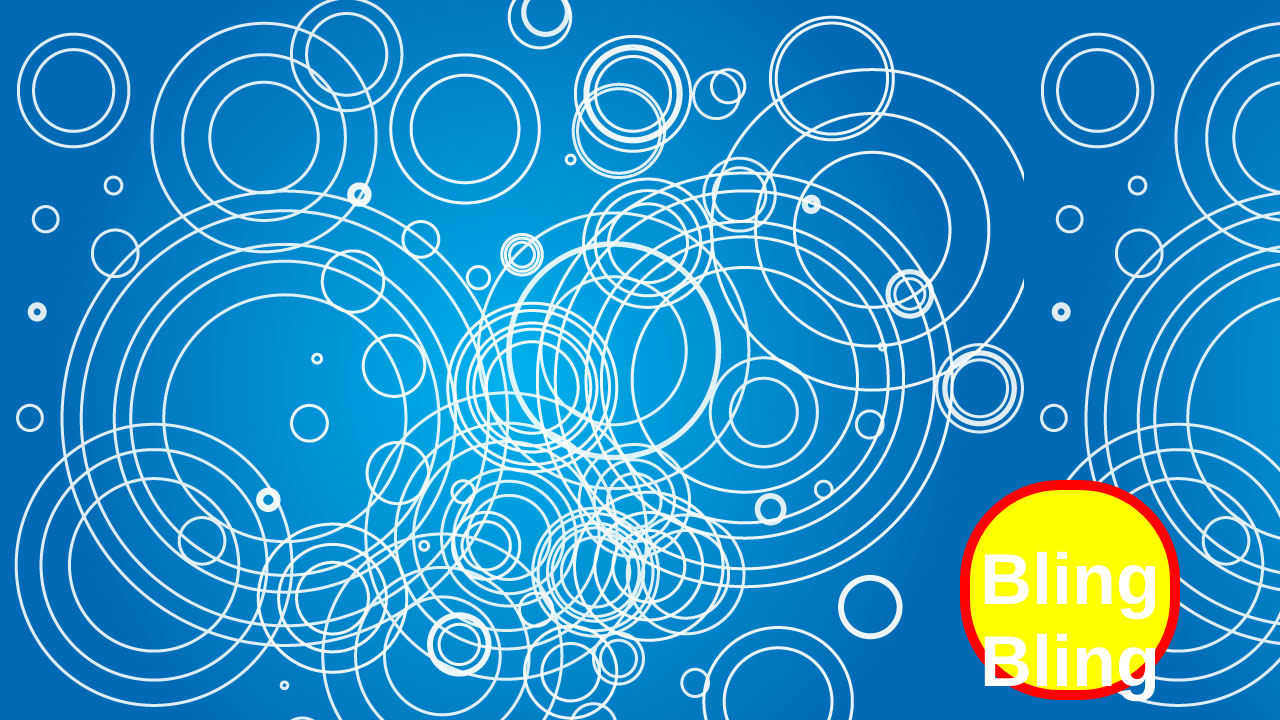
Repository: jangj879/jangj879.github.io
Page: 1_page.html
The author's editor kept a record of every edit. The page is drawn from the files as they stood at one moment, then again after the next edit.
The browser window is 1280 px wide. The pictures show the whole page.

Above is the page before.

After the next edit:
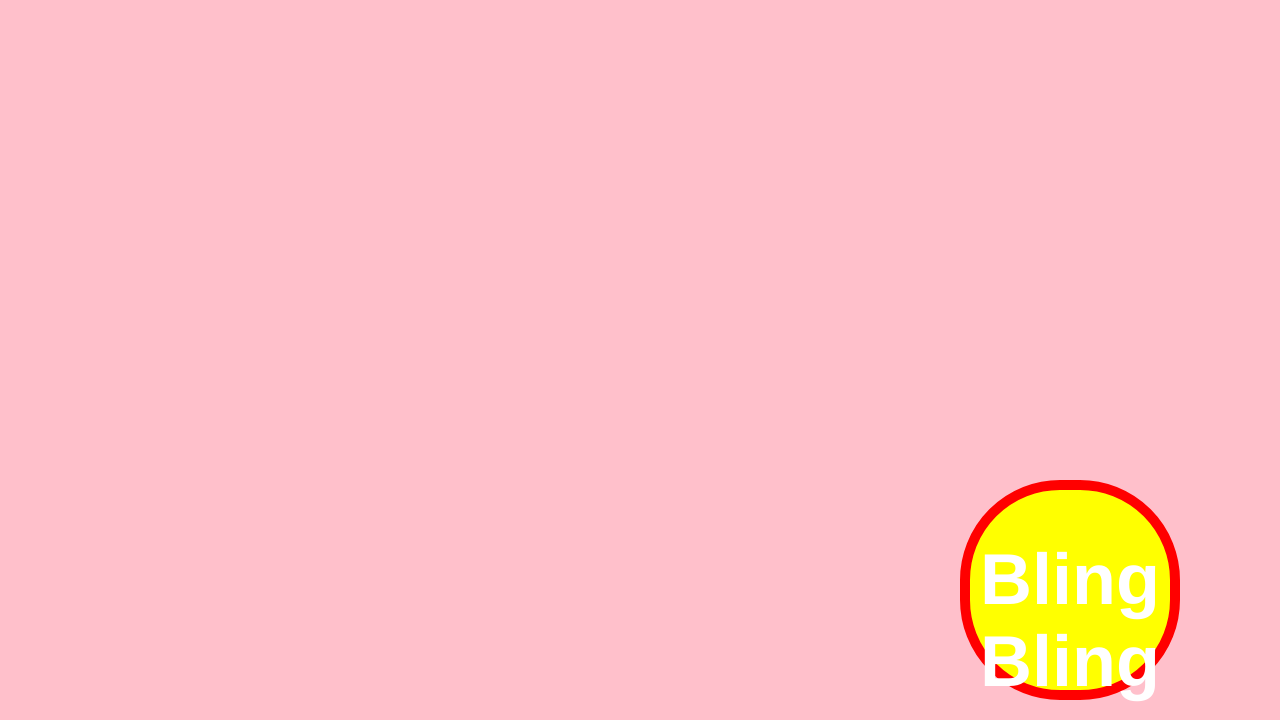
The edit:
--- a/style1.css
+++ b/style1.css
@@ -1,5 +1,5 @@
 body {
-    background-image: url("blue.jpg");
+    background-color: pink;
     color: white;
     font-size: 36px;
     font-family: Helvetica, Arial, sans-serif;
